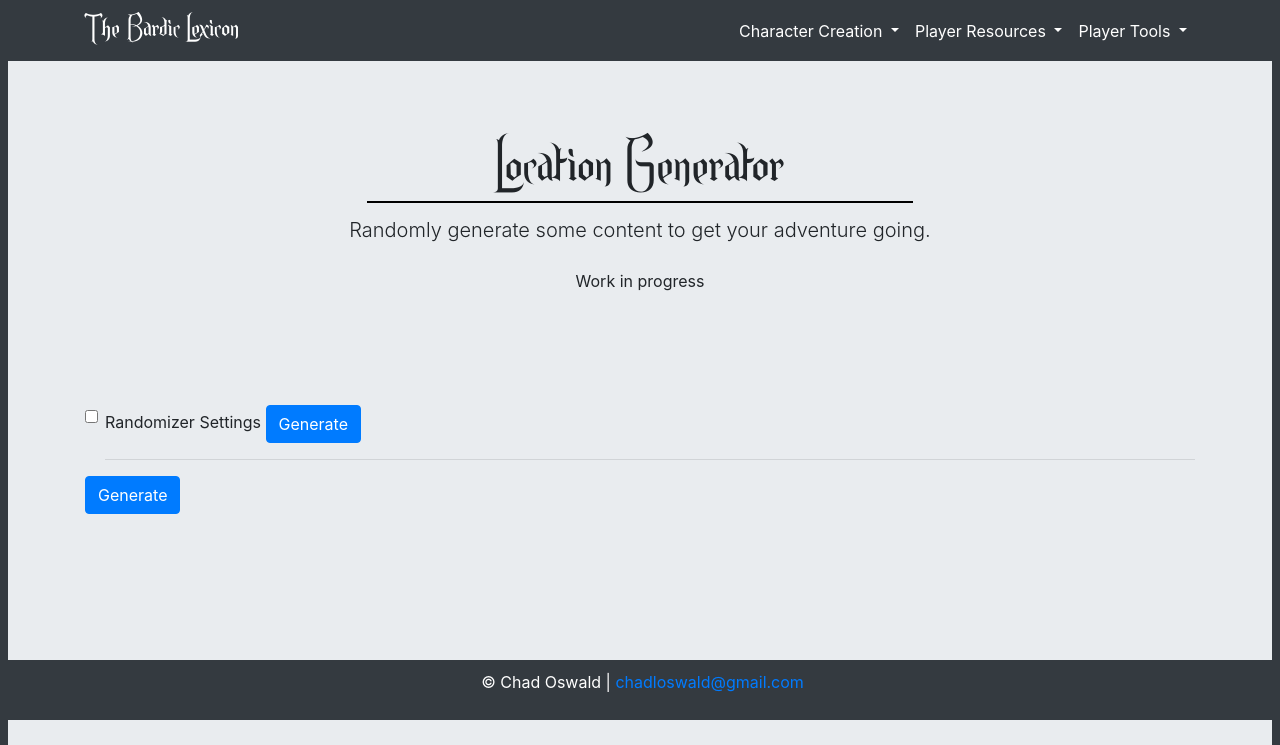
Repository: ChaidGPT/TheBardicLexicon
Page: playerTools/worldGenerator.html
The author's editor kept a copy of each file at every save. The page is drawn from the files as they stood at one save, then again after the next save.
The browser window is 1280 px wide. The pictures show the whole page.

Above is the page before, as saved 2024-02-09 12:06:00.

After the next save:
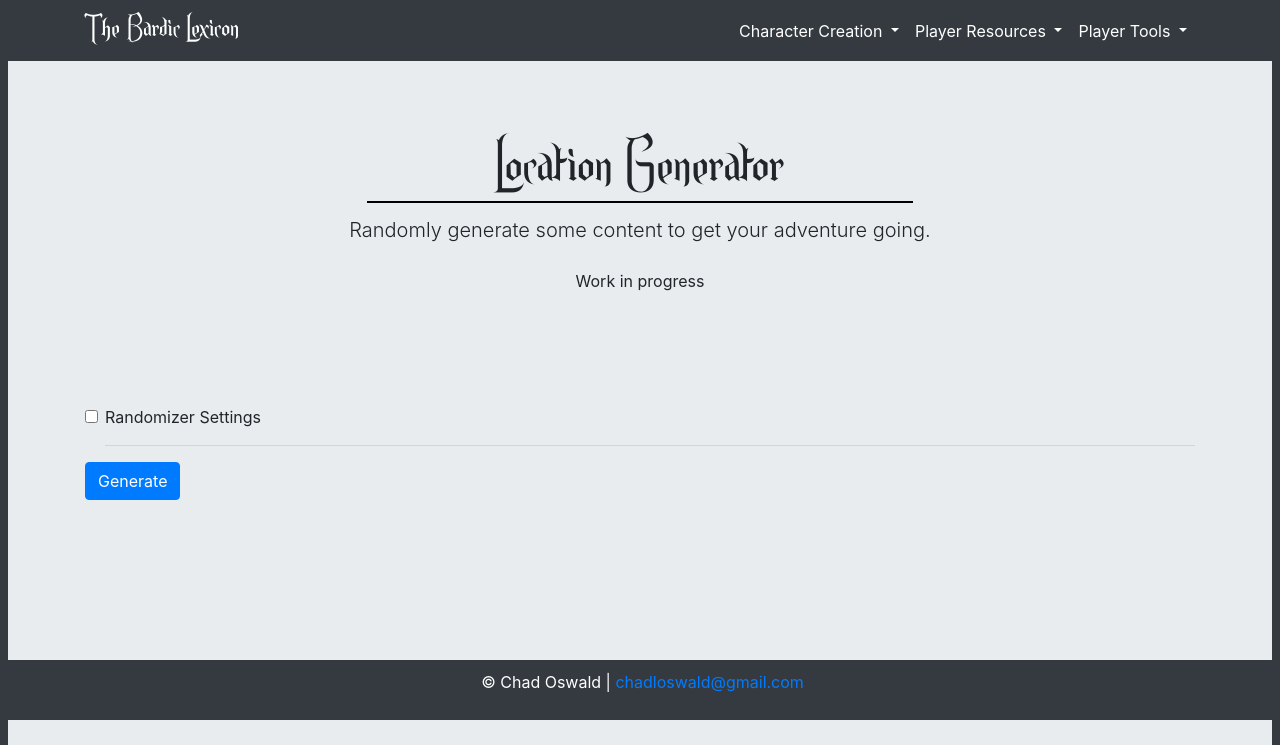
Saved 6 s later.
--- a/playerTools/worldGenerator.html
+++ b/playerTools/worldGenerator.html
@@ -101,7 +101,7 @@
             <input class="form-check-input" type="checkbox" id="enableSettlements" data-toggle="collapse"
               data-target="#settlementOptions" />
             <label class="form-check-label" for="enableSettlements">Randomizer Settings</label>
-            <button type="submit" class="btn btn-primary">Generate</button>
+
             <hr>
           </div>
 
